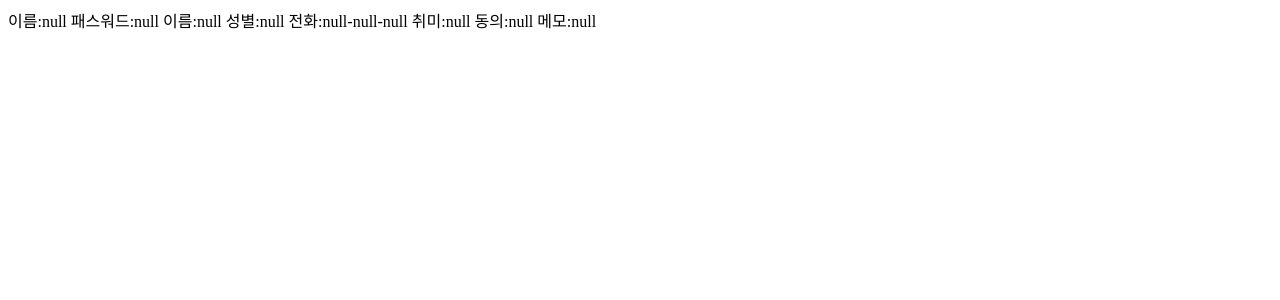
Repository: ProSleeper/itwill
Page: http://localhost/study/day1/test2_ok.jsp
The author's editor kept a copy of each file at every save. The page is drawn from the files as they stood at one save, then again after a run of saves.
The browser window is 1280 px wide. The pictures show the whole page.
The page is served by Tomcat 9.

Above is the page before, as saved 2022-07-18 03:02:53.

After the next 2 saves:
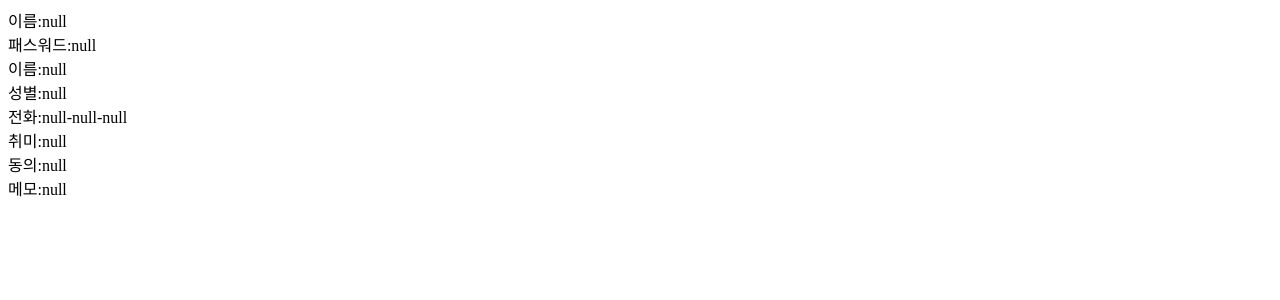
The 2 saves are shown as one change because they came seconds apart.
The last was saved 26 s later.
--- a/study/WebContent/day1/test2_ok.jsp
+++ b/study/WebContent/day1/test2_ok.jsp
@@ -30,14 +30,20 @@
 </head>
 <body>
 
-이름:<%=userId %>
-패스워드:<%=userPwd %>
-이름:<%=userName %>
-성별:<%=gender %>
-전화:<%=tel1 %>-<%=tel2 %>-<%=tel3 %>
-취미:<%=hobby %>
-동의:<%=agreeChk %>
-메모:<%=memo %>
+이름:<%=userId %><br/>
+패스워드:<%=userPwd %><br/>
+이름:<%=userName %> <br/>
+성별:<%=gender %> <br/>
+전화:<%=tel1 %>-<%=tel2 %>-<%=tel3 %><br/>
+취미:<%=hobby %> <br/>
+동의:<%=agreeChk %> <br/>
+메모:<%=memo %> <br/>
+
+
+
+
+
+
 
 
 
